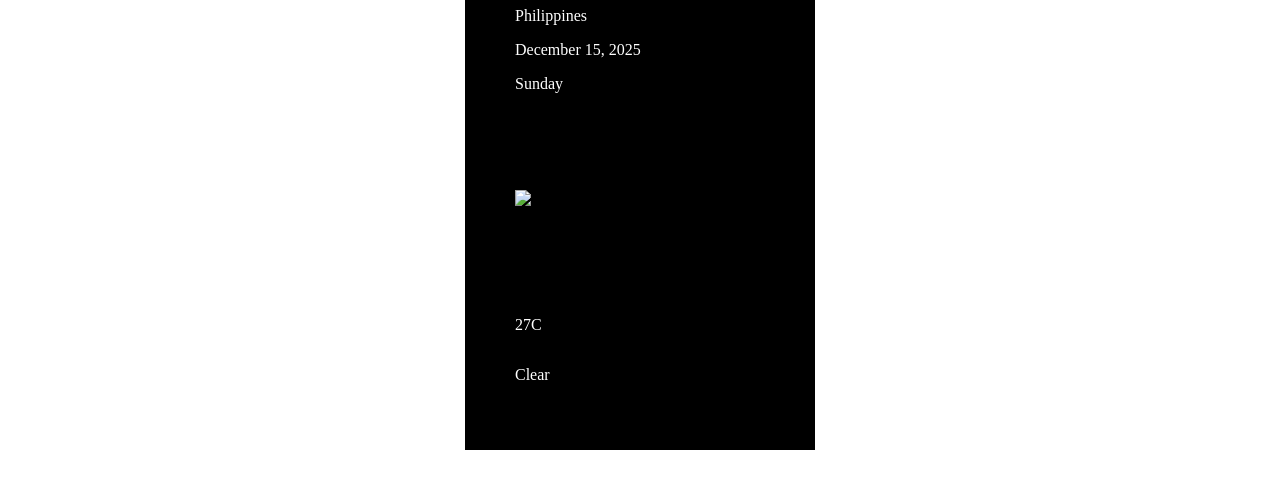
Repository: dmpelaez/weatherApp
Page: WeatherApp.html
The author's editor kept a copy of each file at every save. The page is drawn from the files as they stood at one save, then again after the next save.
The browser window is 1280 px wide. The pictures show the whole page.
The page's requests for data from a server got no answer.

Above is the page before, as saved 2025-12-14 12:10:44.

After the next save:
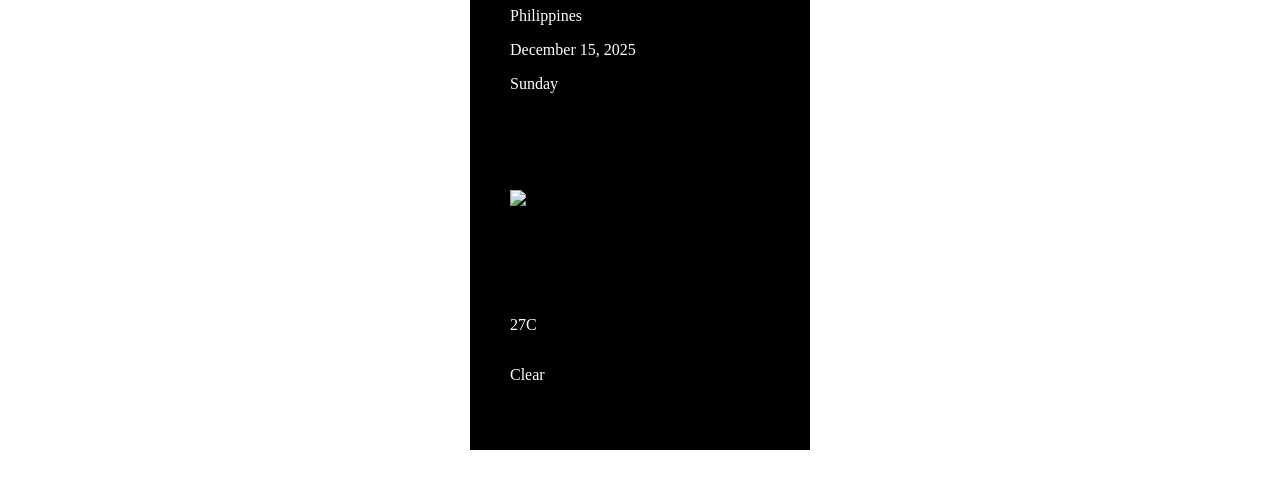
Saved 4 s later.
--- a/WeatherApp.css
+++ b/WeatherApp.css
@@ -20,7 +20,7 @@ display: flex;
   color: white;
   align-items: center;
   justify-content: start;
-  padding-left: 50px;
+  padding-left: 40px;
   width: 300px;
   height: 450px;
 }
